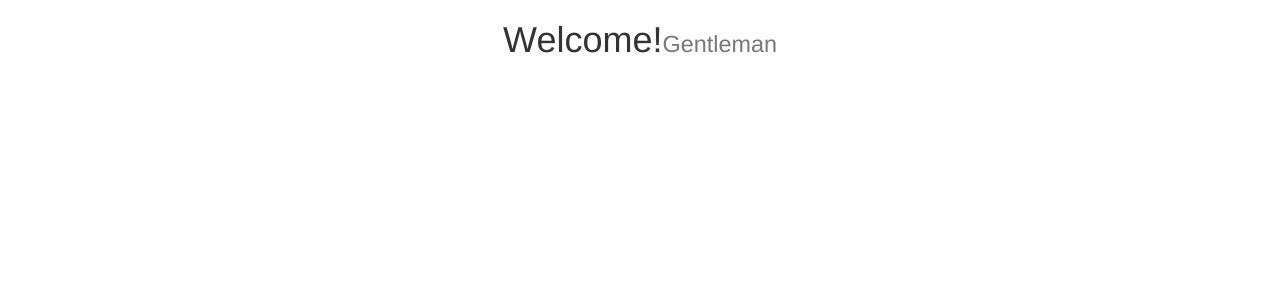
Repository: JasonBour/Beautypedia
Page: http://localhost/
An editor plug-in stored every save of this project. The page is shown before and after the next save, followed by the edit.
The browser window is 1280 px wide. The pictures show the whole page.
The page is run by PHP 8.4 with error messages shown; the project is at /var/www/html/.

Above is the page before, as saved 2015-09-13 12:15:23.

After the next save:
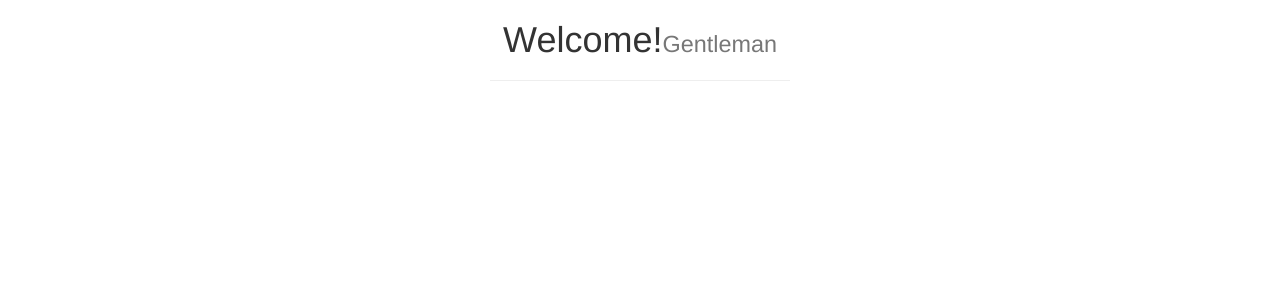
Saved 2 min 1 s later.
--- a/Beautypedia/index.php
+++ b/Beautypedia/index.php
@@ -10,6 +10,9 @@
 <div class="container ">
     <h1  class="title">Welcome!<small>Gentleman</small></h1>
 
+
+
+     <HR align=center width=300 color=#987cb9 SIZE=1>
     </div>
 
 
